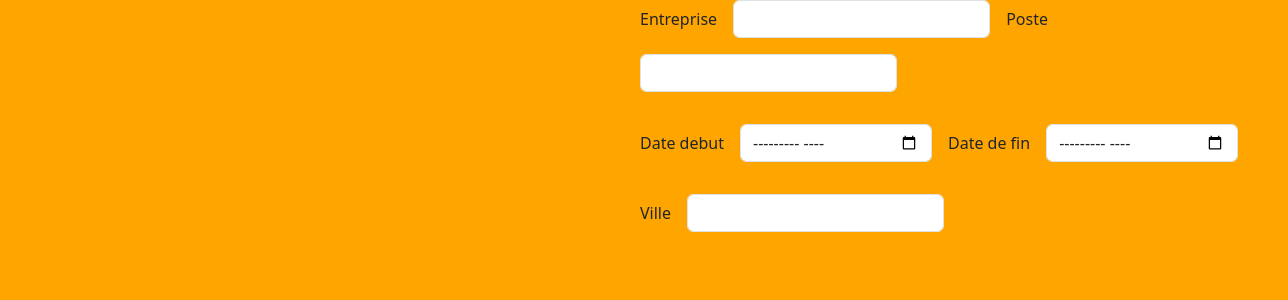
Repository: moAllElite/Examen-EJB-WEB-EAR
Page: http://localhost/SearchJobsWeb/views/exp_form_skills/main.jsp
The author's editor kept a copy of each file at every save. The page is drawn from the files as they stood at one save, then again after the next save.
The browser window is 1280 px wide. The page is 1288 px wide, so the pictures cover 1288 px, including what lies to the right of the window. The pictures show the whole page.
The page is served by Tomcat 9. Nobody is signed in. The application's start-up code is not run.

Above is the page before, as saved 2023-03-25 22:34:31.

After the next save:
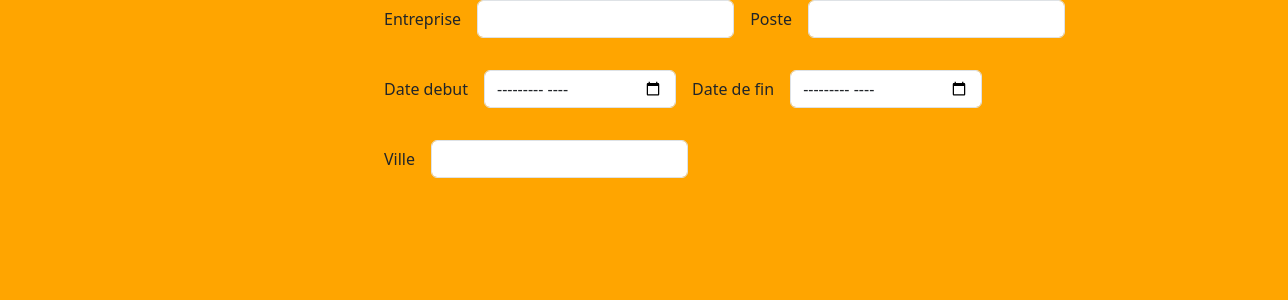
Saved 7 s later.
--- a/SearchJobsWeb/src/main/webapp/views/exp_form_skills/main.jsp
+++ b/SearchJobsWeb/src/main/webapp/views/exp_form_skills/main.jsp
@@ -8,7 +8,7 @@
 	 <link href="https://cdn.jsdelivr.net/npm/bootstrap@5.3.0-alpha1/dist/css/bootstrap.min.css" rel="stylesheet" integrity="sha384-GLhlTQ8iRABdZLl6O3oVMWSktQOp6b7In1Zl3/Jr59b6EGGoI1aFkw7cmDA6j6gD" crossorigin="anonymous">
 
 	</head>
-	<body  style="background-color: orange; margin-left: 50%;">
+	<body  style="background-color: orange; margin-left: 30%;">
 		<!-- Example Code -->
 
 	    <div class="row g-3 align-items-center sm-5">
